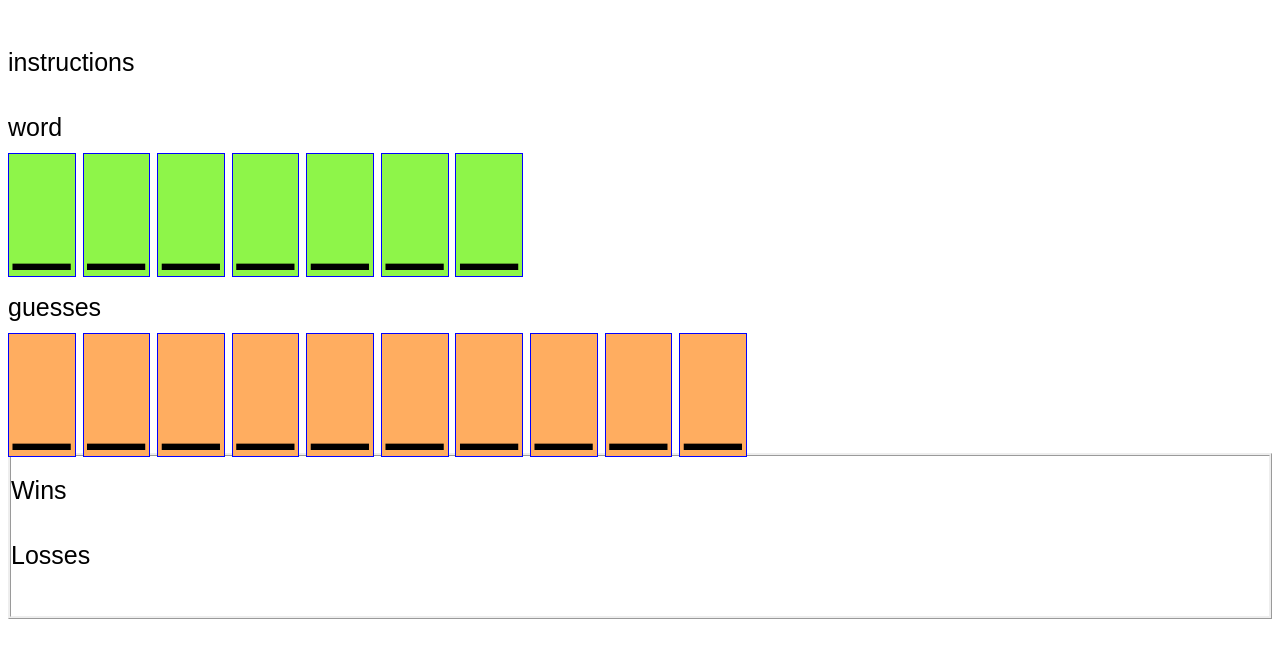
Repository: dsaftler/JavaScript
Page: index.html
These files come from the project's save history. The page is drawn as it stood at one moment and after the next save; the edit follows.
The browser window is 1280 px wide. The pictures show the whole page.

Above is the page before, as saved 2019-03-28 17:16:48.

### index.html
<!DOCTYPE html>
<html lang="en">
<head>
  <meta charset="UTF-8">
  <meta name="viewport" content="width=device-width, initial-scale=1.0">
  <meta http-equiv="X-UA-Compatible" content="ie=edge">
  <link href="https://fonts.googleapis.com/css?family=Ubuntu+Mono" rel="stylesheet">
  <link rel="stylesheet" href="assets\css\style.css">
  <title>JavaScript Hangman Game</title>
</head>
<body>
    <div class="container showtext">
        <div class="instructions showtext">instructions</div>
        <div class="word showtext">word</div>
         <div class="letter match" id="chr_0">_</div>
         <div class="letter match" id="chr_1">_</div>
         <div class="letter match" id="chr_2">_</div>
         <div class="letter match" id="chr_3">_</div>
         <div class="letter match" id="chr_4">_</div>
         <div class="letter match" id="chr_5">_</div>
         <div class="letter match" id="chr_6">_</div>


        <div class="guesses showtext">guesses</div>

        <div class="letter guessed" id="guess_0">_</div>
        <div class="letter guessed" id="guess_1">_</div>
        <div class="letter guessed" id="guess_2">_</div>
        <div class="letter guessed" id="guess_3">_</div>
        <div class="letter guessed" id="guess_4">_</div>
        <div class="letter guessed" id="guess_5">_</div>
        <div class="letter guessed" id="guess_6">_</div>
        <div class="letter guessed" id="guess_7">_</div>
        <div class="letter guessed" id="guess_8">_</div>
        <div class="letter guessed" id="guess_9">_</div>

      <div class="score">
      <div class="showtext" id="showWins">Wins</div>
      <div class="showtext" id="showLosses">Losses</div>
      </div>
      </div>



<script type="text/javascript" src="assets/javascript/game.js"></script>
</body>
</html>

### assets/css/style.css
body {font-family: 'Ubuntu', sans-serif;}
.showtext {height:35px;
padding: 20px 0 10px;
font-size: 25px;}
.letter {font-size: 100px;
  display: inline;
  padding: 5px;}
.match {
  border: 1px solid blue;
  background-color: rgb(142, 245, 73)}
.guessed {
    border: 1px solid blue;
  background-color: rgb(255, 173, 96)}
.score{
  height:160px;
  border-style: ridge}

### assets/javascript/game.js
// Variables
var  wordArr = ["unicorn","griffin","dragon","mermaid","centaur","pegasus"];
// for (var i=0; i<wordArr.length; i++){
//   console.log(wordArr[i]);
// }
var id="cntWins";
var id="curCntGuess";
var id="ltr_0"
 id="ltr_1",
 id="ltr_2",
 id="ltr_3",
 id="ltr_4",
 id="ltr_5",
 id="ltr_6";

 var id="ltrTried_0"
 id="ltrTried_1",
 id="ltrTried_2",
 id="ltrTried_3",
 id="ltrTried_4",
 id="ltrTried_5",
 id="ltrTried_6",
 id="ltrTried_7",
 id="ltrTried_8",
 id="ltrTried_9" ;
var  cntWins=0;

// within the game
// while wordArr.length>0
 var curPtr=0, curCntGuess = 0;
 var curLetter="",curWord="";
// curPtr= .... select a random word
//curWordArr = array the word at that index
for (var i=0; i<curWord.length; i++){
  // console.log(thisWord.charAt([i]));
  //fruits.push("Kiwi")
  curWordArr.push(curWord.charAt([i]));
}
// intialize badGuess as empy array
var badGuess = [], curWordArr=[];
// whil curCntGuess < 10
 // get a keypress to curLetter
 // if escape, exit

 // increment curCntGuess
 curCntGuess++
//See if that letter was already chosen by parsing badGuess
for (var j=0; j<badGuess.length; j++);
  // alert?  maybe make that letter change color?
//  else

    // for every letter in curWord, see if that letter exists at that index  charAt(index)
    // if so, pop that into correct index in curWordArr
    // for (var i=0; i<curWordArr.length; i++){
    // if index [i]is is blank
      //curWordArr[i]=curLetter
      //set getElementId for that index (see if I can create a variable "ltr_"+(toString([i]))
      // now compare the word in curWordArr with curWord
      // ===
      // Alert :You Won
      // show image
      // id="cntWins"
      // remove that word from the array wordARR

    //else
       // restart the game

 // else
    // pop that letter into the badGuess array
    // push content for ltrTried ids

After the next save:
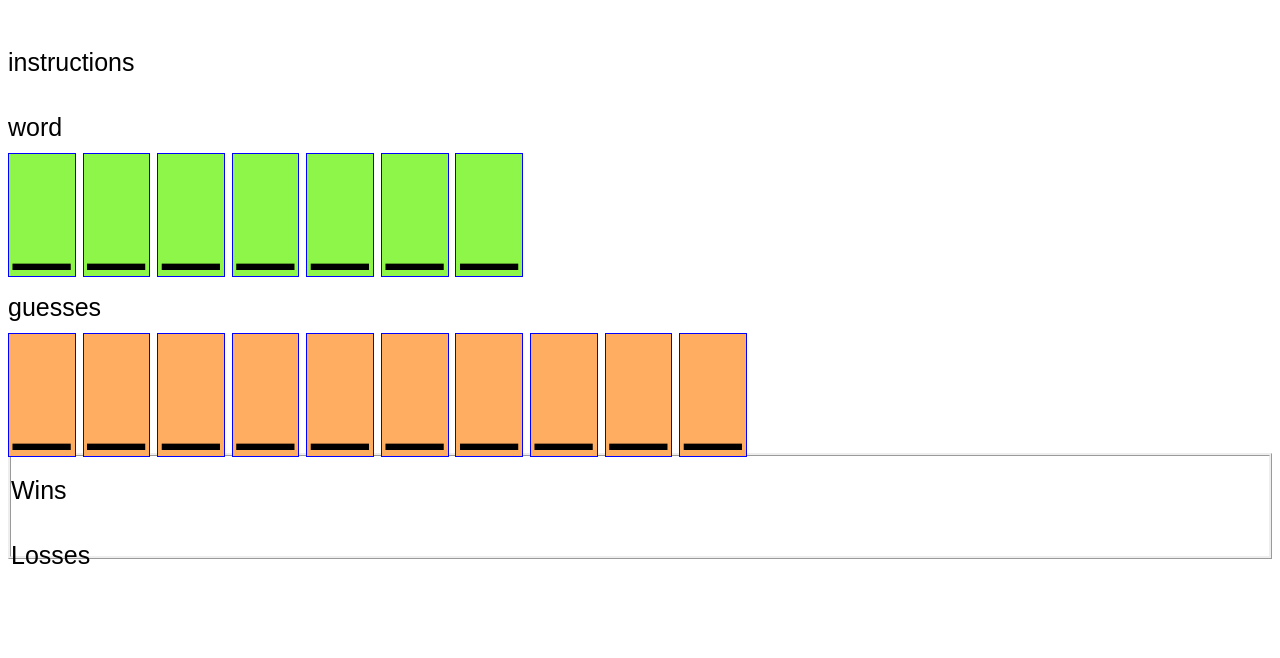
Saved 17 s later.
--- a/assets/css/style.css
+++ b/assets/css/style.css
@@ -12,5 +12,5 @@ font-size: 25px;}
     border: 1px solid blue;
   background-color: rgb(255, 173, 96)}
 .score{
-  height:160px;
+  height:100px;
   border-style: ridge}
